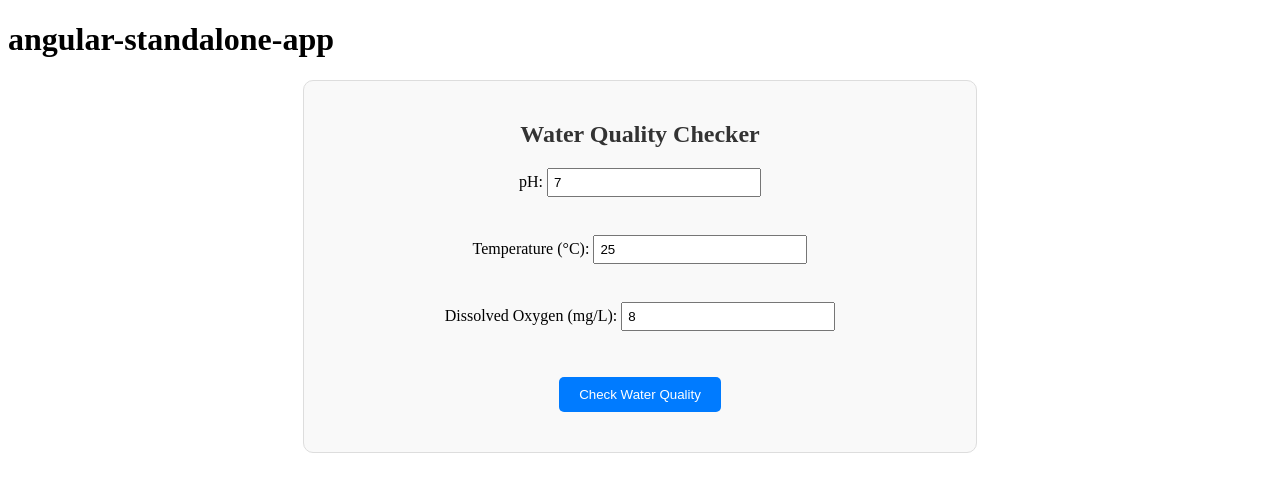
Repository: Cozmonn/Real-time-aquarium
Page: / (app in fish-water-quality/)
An editor plug-in stored every save of this project. The page is shown before and after the next save, followed by the edit.
The browser window is 1280 px wide. The pictures show the whole page.
The project was rebuilt for these pictures with package versions that can differ from the ones it lists, and the page was loaded fresh each time. Also part of the build but not shown: fish-water-quality/angular.json.

Above is the page before, as saved 2025-01-08 09:36:09.

After the next save:
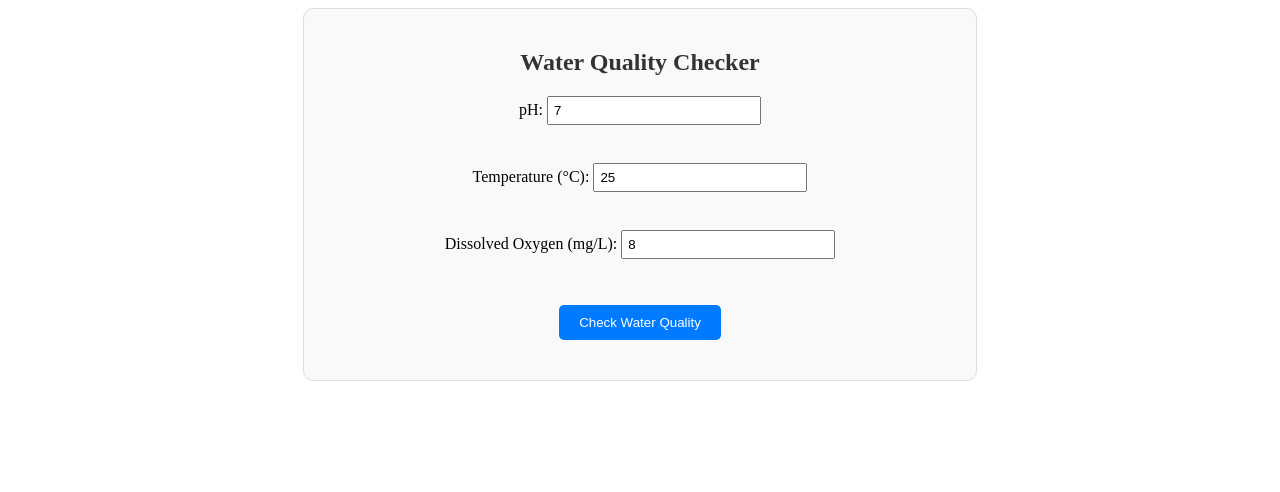
Saved 56 s later.
--- a/fish-water-quality/src/app/app.component.html
+++ b/fish-water-quality/src/app/app.component.html
@@ -1,2 +1,2 @@
-<h1>{{ title }}</h1>
+<!-- <h1>{{ title }}</h1> -->
 <app-water-quality></app-water-quality>
